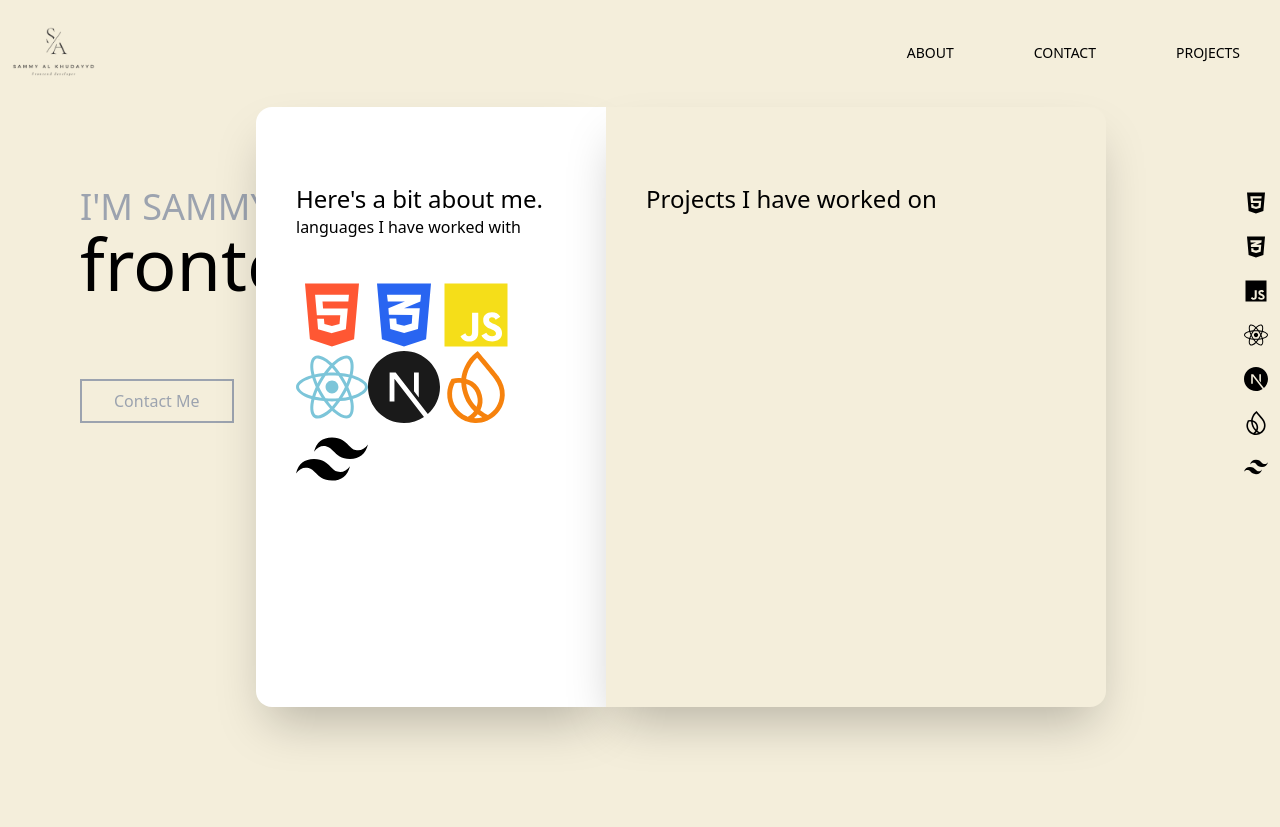
Repository: Al123Kudayyd/myportfolio
Page: /
The author's editor kept a copy of each file at every save. The page is drawn from the files as they stood at one save, then again after the next save.
The browser window is 1280 px wide. The pictures show the whole page.
The project was rebuilt for these pictures with package versions that can differ from the ones it lists, and the page was loaded fresh each time. Also part of the build but not shown: src/components/model.js.

Above is the page before, as saved 2024-02-21 14:08:14.

### src/App.js
import Main from './components/Main';
import Nav from './components/Nav';
import Model from './components/Model'


function App() {
  return (
    <div className=" ">
      <Nav />
      <Main />

    </div>
  );
}

export default App;

### src/components/Main.jsx
import React, { useState } from 'react'
import Model from './Model'
import { LiaTimesSolid } from "react-icons/lia";
import { FaHtml5, FaReact } from "react-icons/fa";
import { FaCss3Alt } from "react-icons/fa6";
import { IoLogoJavascript } from "react-icons/io5";
import { SiNextdotjs } from "react-icons/si";
import { SiFirebase } from "react-icons/si";
import { SiTailwindcss } from "react-icons/si";
import Projects from './Projects';


function Main() {
    const [openModal, setOpenModal] = useState(false)
  return (
    <div className='relative'>
    <div className='bg-[#f4eedb] relative h-screen'>
        <div className='-z-10 pl-20 pt-20 '>
            <h1 className=''><span className='text-gray-400 font-extralight text-4xl'>I'M SAMMY AND I'M A</span>
            <br /><span className='text-7xl'>frontend developer.</span></h1>
            <button className='mt-20 border-gray-400 border-2 text-gray-400 py-2 px-8 hover:bg-gray-400 hover:text-[#f4eedb]
            transition-all duration-300'
            onClick={() => setOpenModal(true)}>
                Contact Me</button>
        </div>

    </div>
    {
        openModal && <Model btn={<LiaTimesSolid onClick={() => setOpenModal(false)} />} />
    }
    <div className='absolute top-[10%] right-0 text-2xl space-y-5 m-3'>
            <FaHtml5 />
            <FaCss3Alt />
            <IoLogoJavascript />
            <FaReact />
            <SiNextdotjs />
            <SiFirebase />
            <SiTailwindcss />
        </div>
        <Projects className='' />
    </div>
  )
}

export default Main

### src/components/Nav.jsx
import React from 'react'
import logo from '../assets/logo.png'
import { LiaBarsSolid } from "react-icons/lia";

function Nav({ }) {
  return (
    <div className='bg-[#f4eedb] relative'>
        <div className='flex justify-between items-center'>
            <img src={logo} className="w-[20%] md:w-1/12 " />
            <LiaBarsSolid className='sm:hidden text-3xl mr-5 hover:text-gray-400 cursor-pointer active:scale-[.85] transition-all duration-300' />
            <ul className='hidden sm:flex font-extralight text-sm '>
                <li className='px-10 cursor-pointer hover:text-gray-400 transition-all duration-300'>ABOUT</li>
                <li className='px-10 cursor-pointer hover:text-gray-400 transition-all duration-300'>CONTACT</li>
                <li className='px-10 cursor-pointer hover:text-gray-400 transition-all duration-300'>PROJECTS</li>
            </ul>
        </div>



    </div>
  )
}

export default Nav

### src/components/Projects.jsx
import React from 'react'
import { FaHtml5, FaReact } from "react-icons/fa";
import { FaCss3Alt } from "react-icons/fa6";
import { IoLogoJavascript } from "react-icons/io5";
import { SiNextdotjs } from "react-icons/si";
import { SiFirebase } from "react-icons/si";
import { SiTailwindcss } from "react-icons/si";

function Projects() {
  return (
    <div className='absolute top-0 left-[20%]'>
        <div className='flex justify-center items-center'>
            <div className='shadow-2xl bg-white w-[350px] h-[600px] rounded-l-2xl'>
                <div className='px-[40px] py-[76px]'>
                    <h1 className='text-2xl'>Here's a bit about me.</h1>
                    <h3 className='text-md '>languages I have worked with</h3>
                    <div className='flex flex-wrap my-10 text-7xl '>
                        <FaHtml5 className='text-[#FF5733]' />
                        <FaCss3Alt className='text-[#2965F1]' />
                        <IoLogoJavascript className='text-[#F5DE19]' />
                        <FaReact className='text-[#7CC5D9]' />
                        <SiNextdotjs className='text-[#1a1a1a]' />
                        <SiFirebase className='text-[#F6820D]' />
                        <SiTailwindcss className='' />
                    </div>
                </div>

            </div>
            <div className='shadow-2xl bg-[#f4eedb] w-[500px] h-[600px] rounded-r-2xl '>
                <div className='px-[40px] py-[76px]'>
                    <h1 className='text-2xl'>Projects I have worked on</h1>
                </div>

            </div>
        </div>
    </div>
  )
}

export default Projects

### tailwind.config.js
/** @type {import('tailwindcss').Config} */
module.exports = {
  content: [
    "./src/components/Nav.{js,jsx,ts,tsx}",
    "./src/components/Main.{js,jsx,ts,tsx}",
    "./src/components/App.{js,jsx,ts,tsx}",
    "./src/components/Model.{js,jsx,ts,tsx}",
    "./src/components/Projects.{js,jsx,ts,tsx}"
  ],
  theme: {
    extend: {},
  },
  plugins: [],
}

Loaded but not shown: public/index.html (common file); src/index.js (common file); src/index.css (common file); src/reportWebVitals.js (common file)

After the next save:
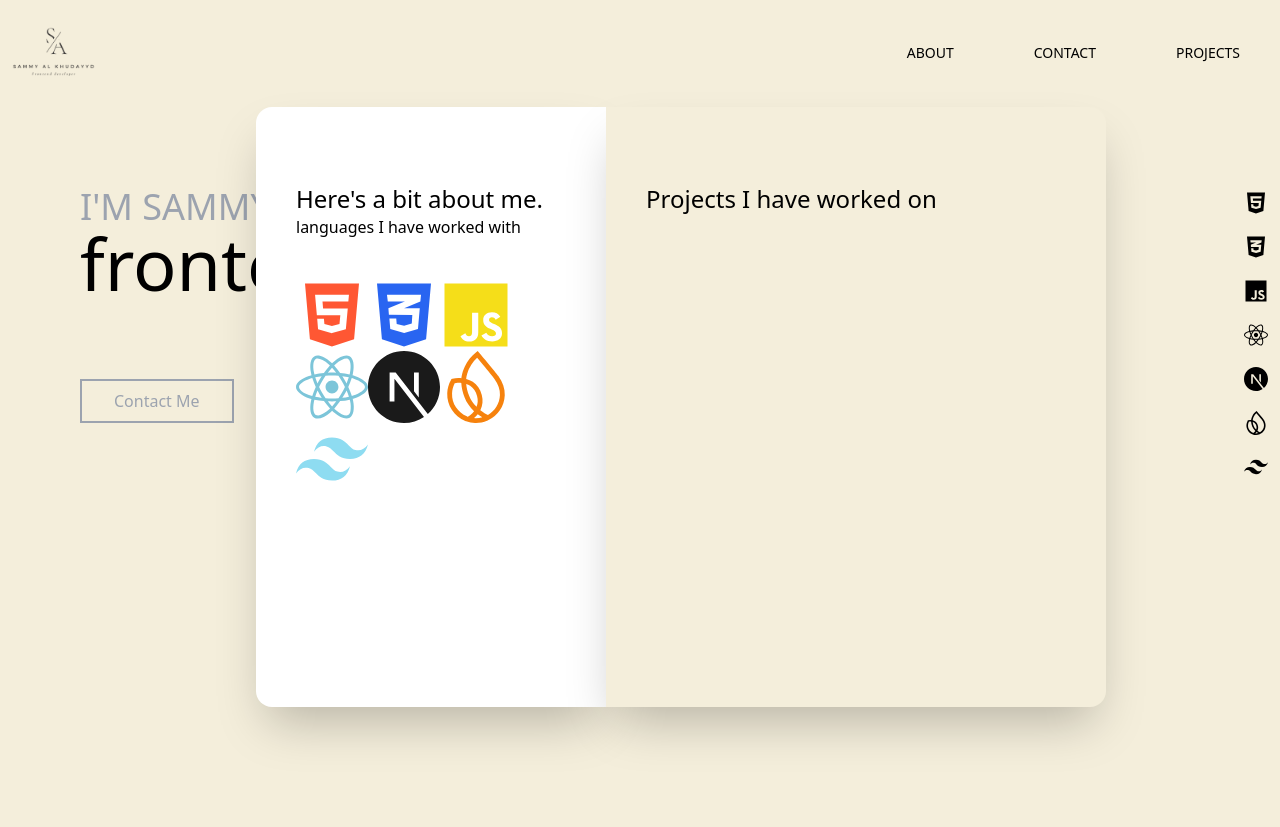
Saved 15 s later.
--- a/src/components/Projects.jsx
+++ b/src/components/Projects.jsx
@@ -21,7 +21,7 @@ function Projects() {
                         <FaReact className='text-[#7CC5D9]' />
                         <SiNextdotjs className='text-[#1a1a1a]' />
                         <SiFirebase className='text-[#F6820D]' />
-                        <SiTailwindcss className='' />
+                        <SiTailwindcss className='text-[#8edcf1]' />
                     </div>
                 </div>
 
